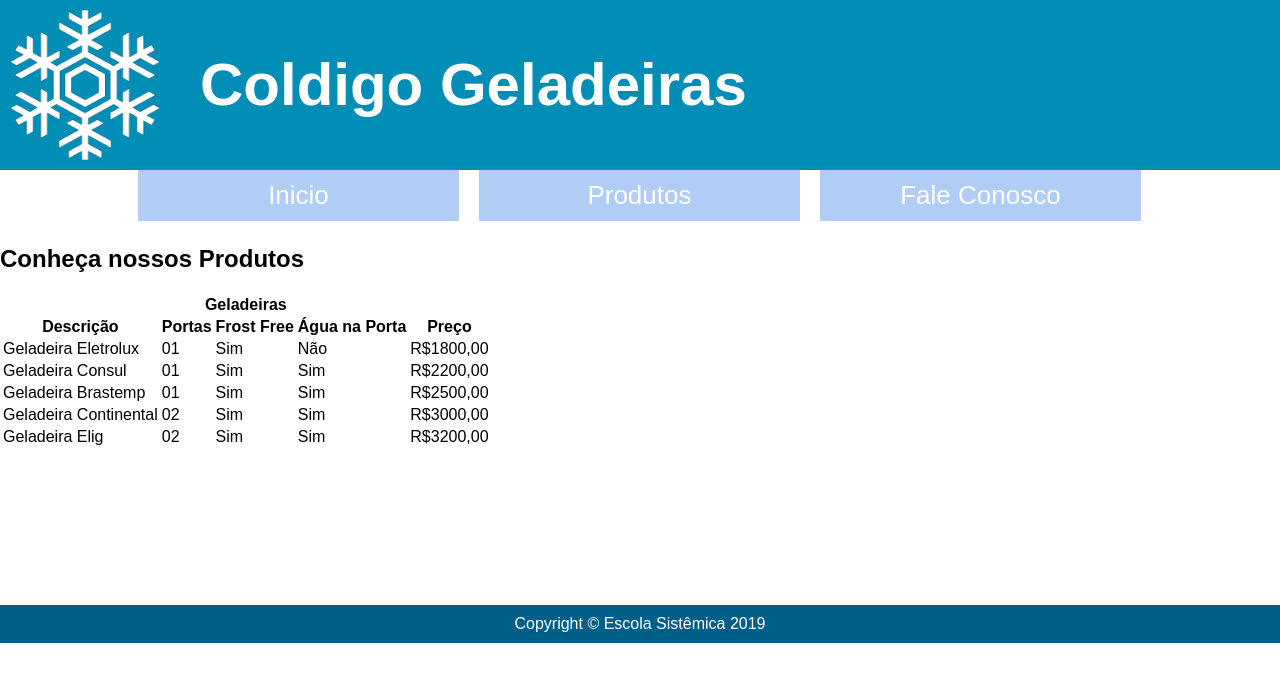
Repository: VandersonCani/Front-End
Page: ProjetoTrilhaWeb/src/main/webapp/WEB-INF/pages/site/produtos.html
These files come from the project's save history. The page is drawn as it stood at one moment and after the next save; the edit follows.
The browser window is 1280 px wide. The pictures show the whole page.

Above is the page before, as saved 2024-05-08 00:24:37.

After the next save:
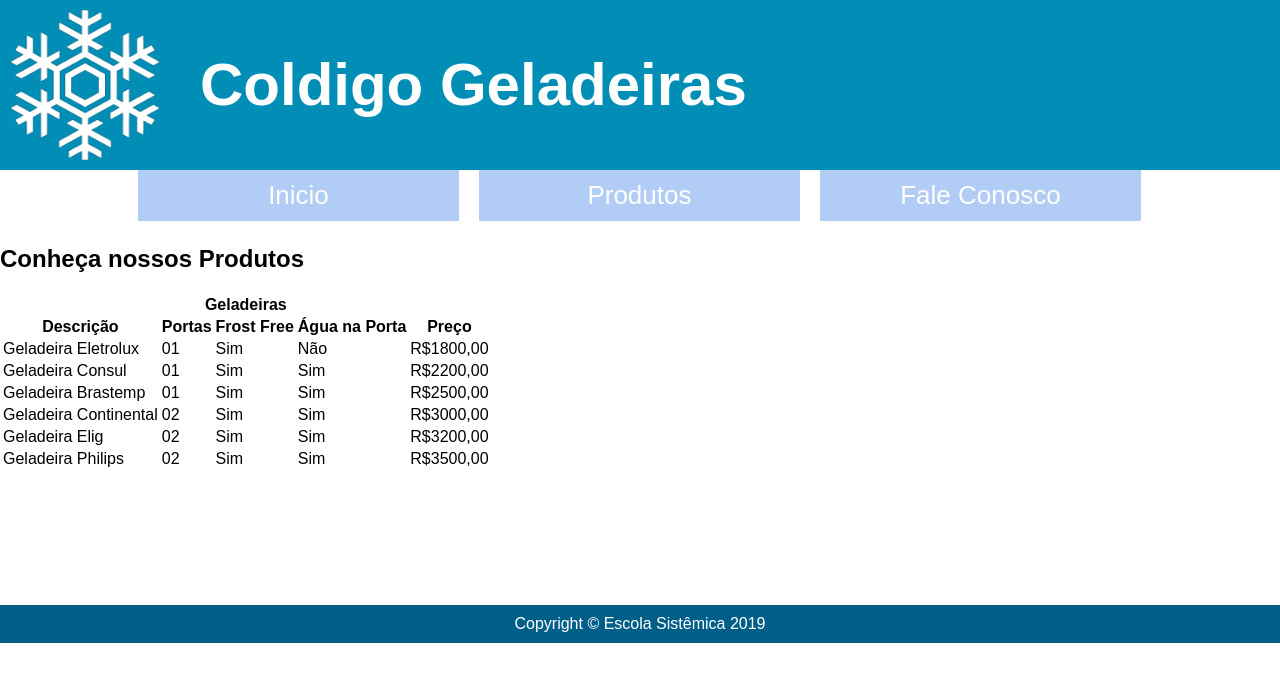
Saved 23 s later.
--- a/ProjetoTrilhaWeb/src/main/webapp/WEB-INF/pages/site/produtos.html
+++ b/ProjetoTrilhaWeb/src/main/webapp/WEB-INF/pages/site/produtos.html
@@ -71,6 +71,13 @@
 					<td>Sim</td>
 					<td>R$3200,00</td>
 				</tr>
+				<tr>
+					<td>Geladeira Philips</td>
+					<td>02</td>
+					<td>Sim</td>
+					<td>Sim</td>
+					<td>R$3500,00</td>
+				</tr>
 
 			</tbody>
 		</table>
